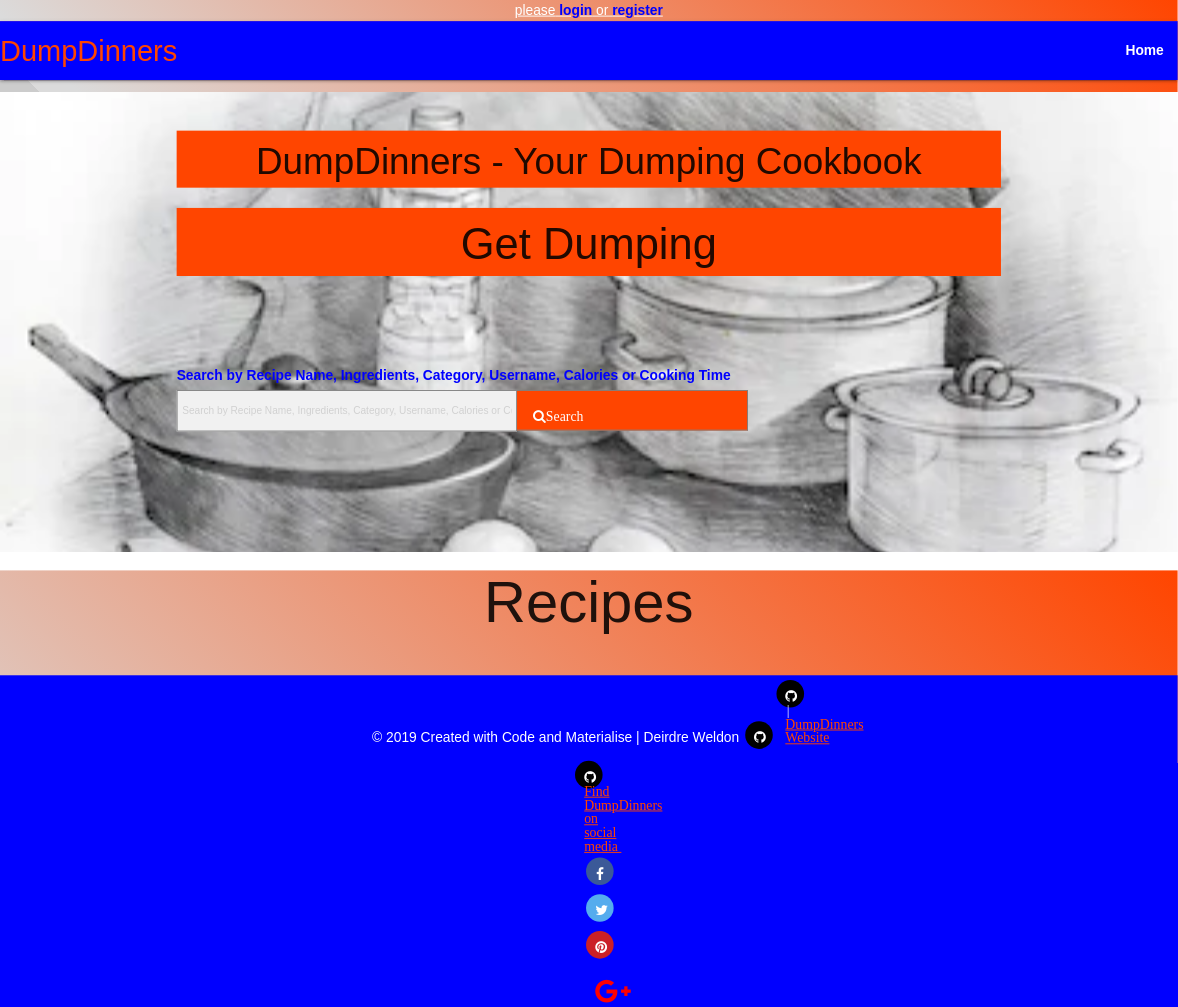
Repository: Deirdre18/dumpdinners-recipe-app
Page: http://localhost/
The author's editor kept a record of every edit. The page is drawn from the files as they stood at one moment, then again after the next edit.
The browser window is 1280 px wide. The pictures show the whole page, at 92% of full size.
Some web libraries are served in a nearby version. The page is served by the project's application, run on Flask 3 (app.py). Queries for data that is not in the repository find no rows.

Above is the page before.

After the next edit:
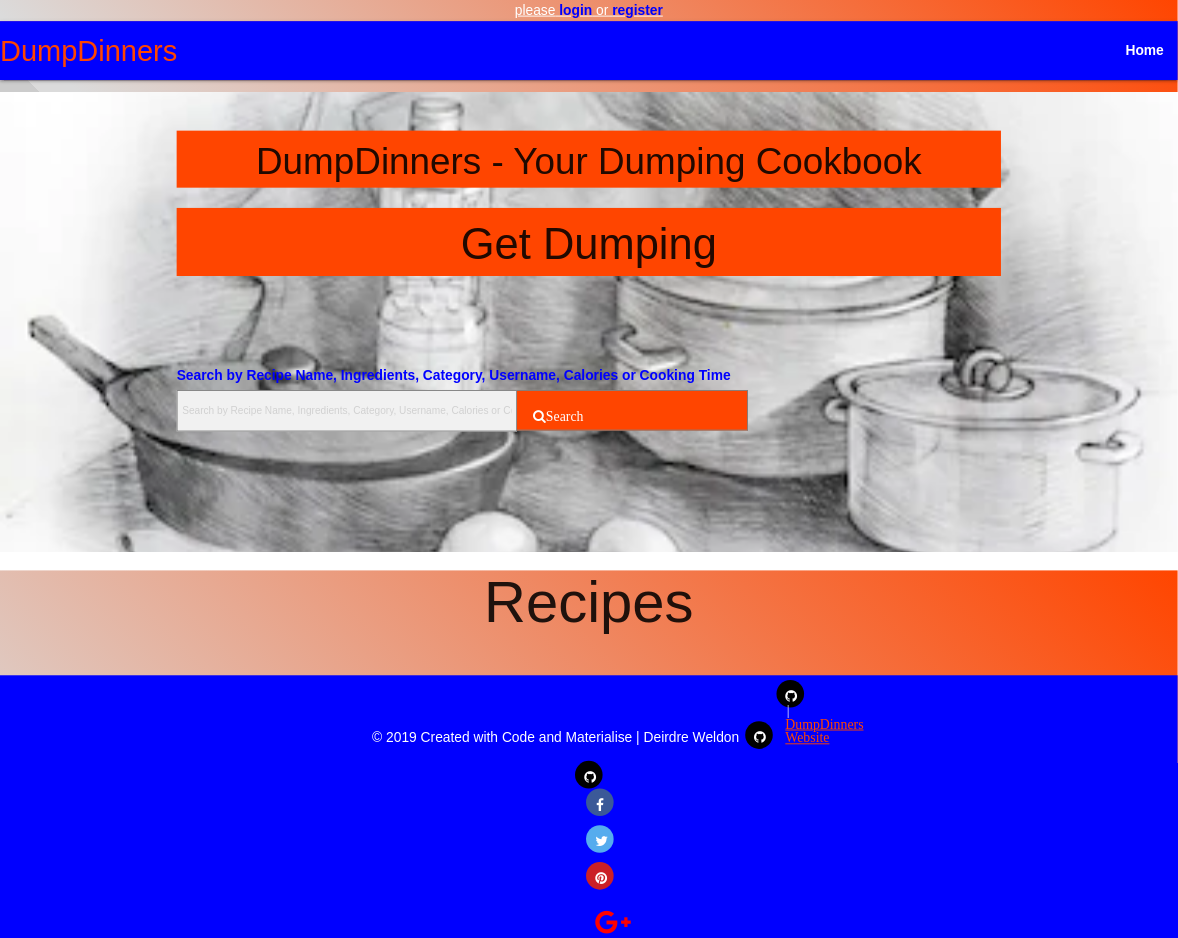
The edit:
--- a/templates/base.html
+++ b/templates/base.html
@@ -305,7 +305,7 @@
 
 
         <!-- Add font awesome icons -->
-        Find DumpDinners on social media&nbsp
+
         <a href="https://www.facebook.com/" class="fa fa-facebook"></a>
         <a href="https://www.twitter.com/" class="fa fa-twitter"></a>
         <a href="https://www.pinterest.com/" class="fa fa-pinterest"></a>
